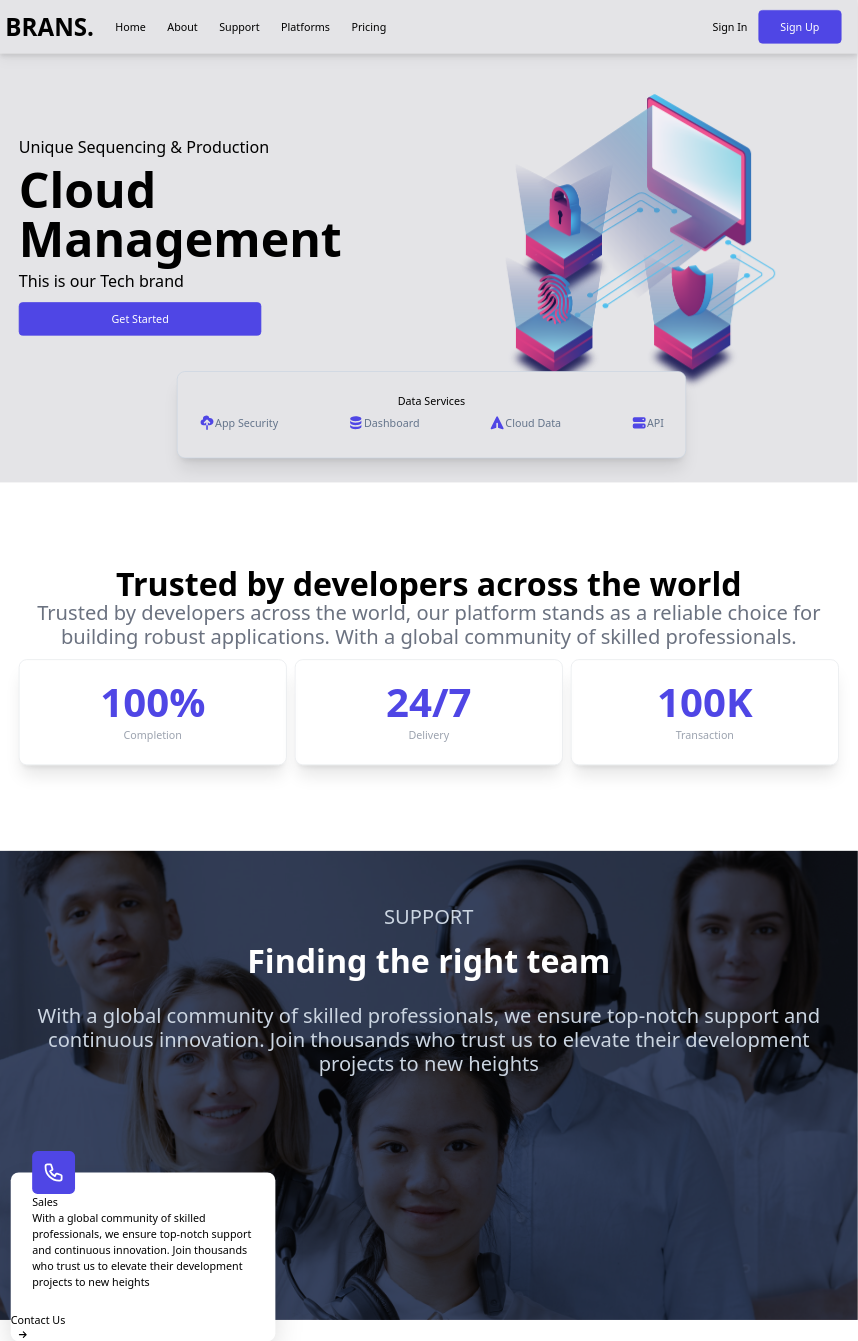
Repository: adrcstro/react-project-2
Page: /
The author's editor kept a copy of each file at every save. The page is drawn from the files as they stood at one save, then again after a run of saves.
The browser window is 1280 px wide. The pictures show the whole page, at 67% of full size.
The project was rebuilt for these pictures with package versions that can differ from the ones it lists, and the page was loaded fresh each time.

Above is the page before, as saved 2024-08-15 20:38:54.

After the next 2 saves:
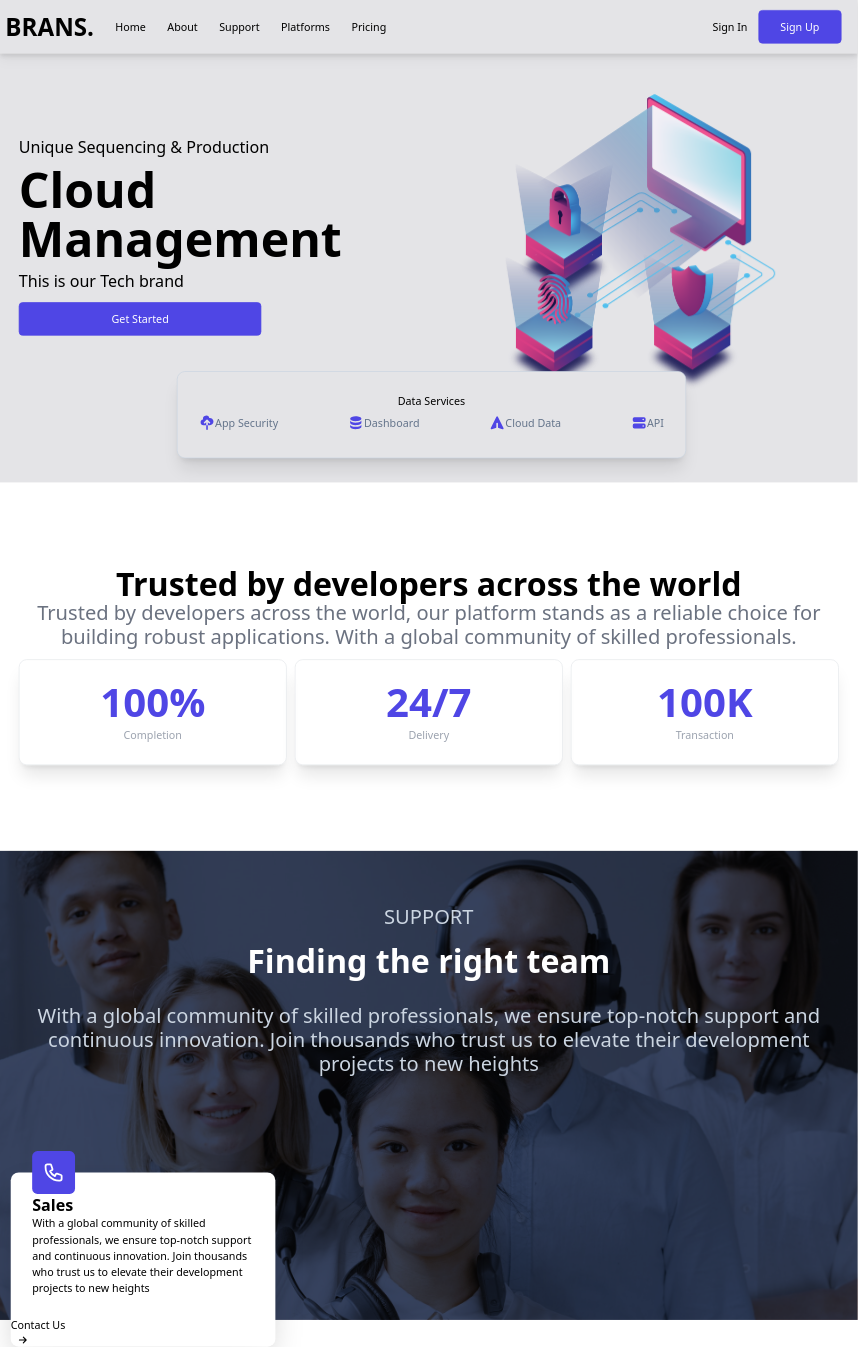
The 2 saves are shown as one change because they came seconds apart.
The last was saved 21 s later.
--- a/src/components/Support.jsx
+++ b/src/components/Support.jsx
@@ -22,7 +22,7 @@ function Support() {
             <div className='bg-white rounded-xl shadow-2xl'>
                  <div className='p-8'>
                     <PhoneIcon className='w-16 p-4 bg-indigo-600 text-white rounded-lg mt-[-4rem]'/>
-                    <h3>Sales</h3>
+                    <h3 className='font-bold text-2xl'>Sales</h3>
                     <p>With a global community of skilled professionals, we ensure top-notch support and continuous innovation. Join thousands who trust us to elevate their development projects to new heights</p>
                  </div>
                  <div>
